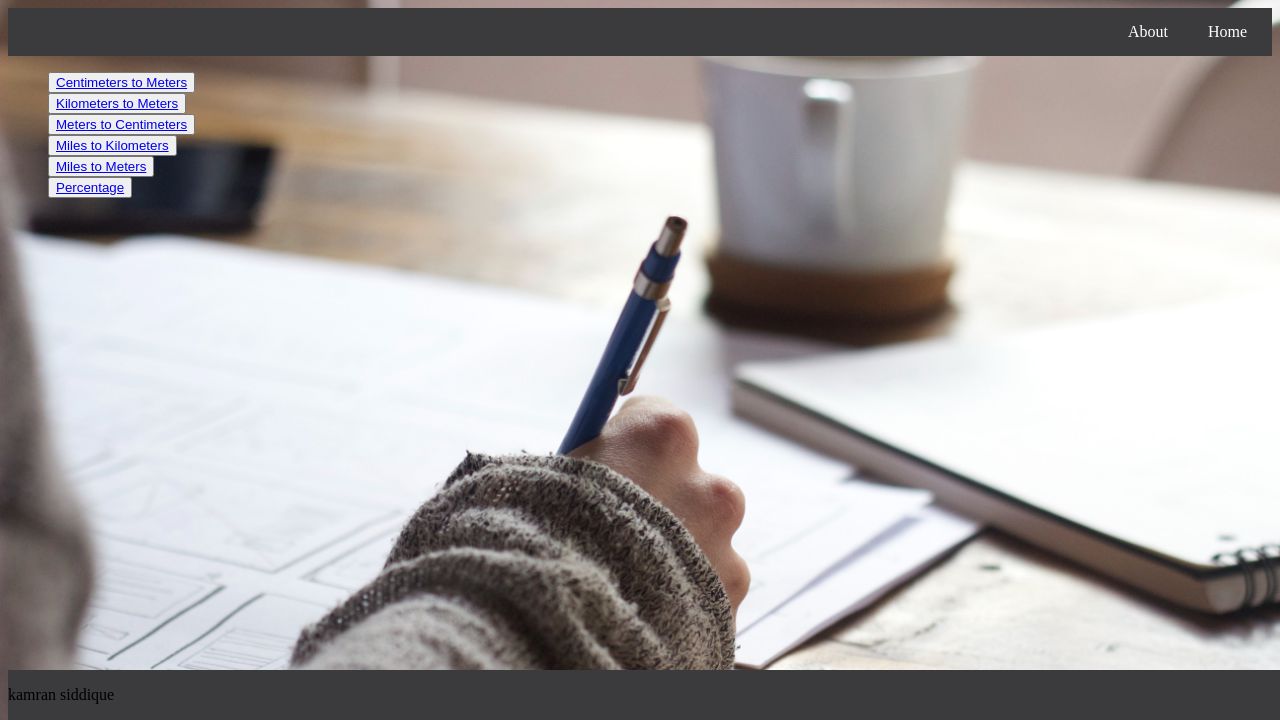
Repository: Kamrangujjar85112/Length-Converter
Page: html/home.html
The author's editor kept a copy of each file at every save. The page is drawn from the files as they stood at one save, then again after the next save.
The browser window is 1280 px wide. The pictures show the whole page.

Above is the page before, as saved 2022-01-21 03:53:52.

### html/home.html
<!-- home -->
<!DOCTYPE html>
<html lang="en">
<head>
    <meta charset="UTF-8">
    <meta http-equiv="X-UA-Compatible" content="IE=edge">
    <meta name="viewport" content="width=device-width, initial-scale=1.0">
    <title>Home</title>
    <link rel="stylesheet" href="../css/style.css">

</head>
<body>

   <div class="container ">
    <div class="header">
        <nav>
            <ul class="nav-ul">
                <li class="nav-li"><a href="#home">Home</a></li>
                <li class="nav-li"><a href="#about">About</a></li>
            </ul>
        </nav>
   </div>
        <ul>
            <li class="link">
                <button><a href="cm_km.html">Centimeters to Meters</a></button>
            </li>
            <li class="link">
                <button><a href="km_m.html">Kilometers to Meters</a></button>
            </li>
            <li class="link">
                <button><a href="m_cm.html">Meters to Centimeters</a></button>
            </li>
            <li class="link">
                <button><a href="mi_km.html">Miles to Kilometers</a></button>
            </li>
            <li class="link">
                <button><a href="mi_m.html">Miles to Meters</a></button>
            </li>
            <li class="link">
                <button><a href="percentage.html">Percentage</a></button>
            </li>
        </ul>
    <div class="footer">
            <p>kamran siddique</p>
    </div>
    </div>
   </div>
</body>
</html>

### css/style.css
  body{
    background-image: url('background.jpg');
    background-repeat: no-repeat;
    background-attachment: fixed;
    background-size: cover;
}
.header{
    top: 0;
    width: 100%;
    margin: 0;
    position: relative;

}
.nav-ul{
    list-style-type: none;
    margin: 0;
    overflow: hidden;
    background: rgb(59, 59, 61);
  }

  .nav-li {
      padding-right: 10px;
    float: right;
    align-items: inherit;
  }

  .nav-li a {
    display: block;
    color: rgb(255, 255, 255);
    text-align:justify;
    padding: 15px 15px;
    text-decoration: none;
  }
  .link {
    list-style: none;
  }

  .nav-li a:hover {
    background-color: #0ac577;
  }
.footer{
    bottom: 0;
    width: 100%;
    position: fixed;
    background: rgb(59, 59, 61);
}

After the next save:
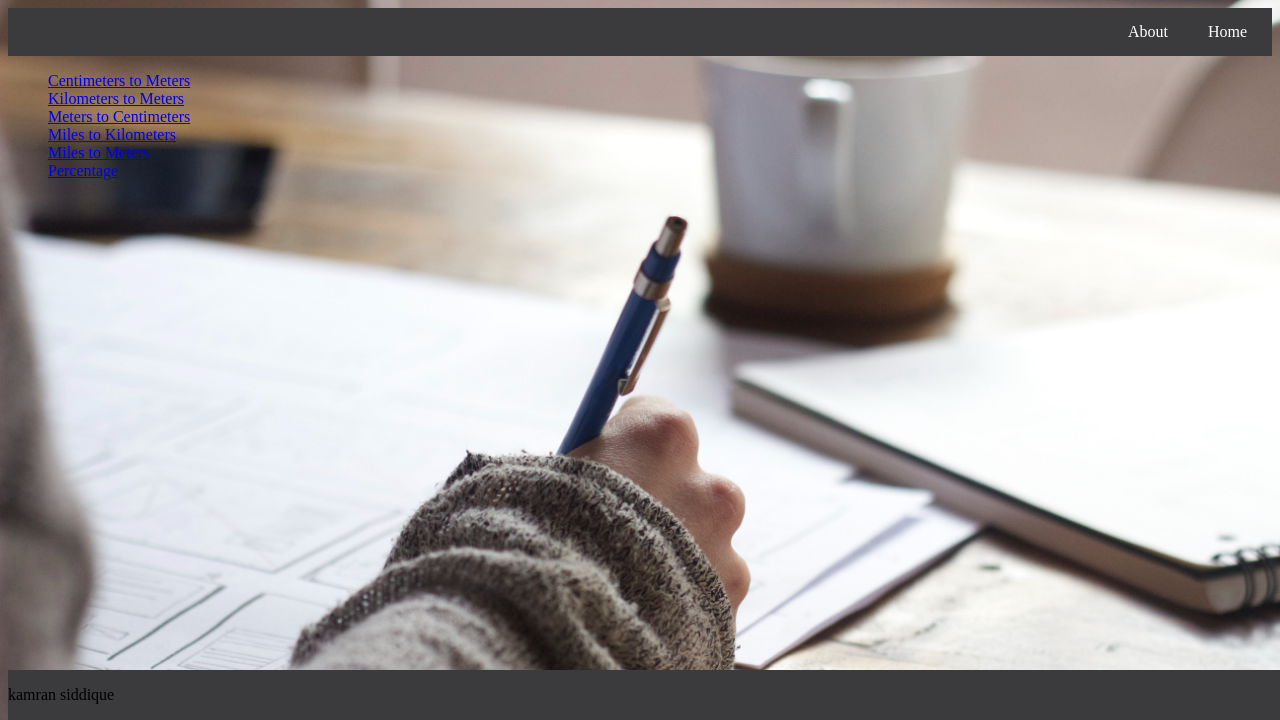
Saved 89 s later.
--- a/html/home.html
+++ b/html/home.html
@@ -22,22 +22,22 @@
    </div>
         <ul>
             <li class="link">
-                <button><a href="cm_km.html">Centimeters to Meters</a></button>
+                <a href="cm_km.html">Centimeters to Meters</a>
             </li>
             <li class="link">
-                <button><a href="km_m.html">Kilometers to Meters</a></button>
+                <a href="km_m.html">Kilometers to Meters</a>
             </li>
             <li class="link">
-                <button><a href="m_cm.html">Meters to Centimeters</a></button>
+                <a href="m_cm.html">Meters to Centimeters</a>
             </li>
             <li class="link">
-                <button><a href="mi_km.html">Miles to Kilometers</a></button>
+                <a href="mi_km.html">Miles to Kilometers</a>
             </li>
             <li class="link">
-                <button><a href="mi_m.html">Miles to Meters</a></button>
+                <a href="mi_m.html">Miles to Meters</a>
             </li>
             <li class="link">
-                <button><a href="percentage.html">Percentage</a></button>
+                <a href="percentage.html">Percentage</a>
             </li>
         </ul>
     <div class="footer">
